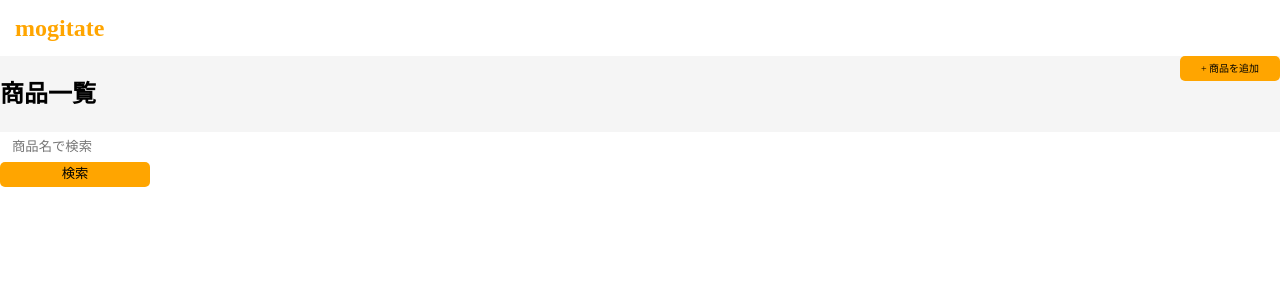
Repository: tokisiro/fruit-products
Page: http://localhost/products
These files come from the project's save history. The page is drawn as it stood at one moment and after the next save; the edit follows.
The browser window is 1280 px wide. The pictures show the whole page.
The page is served by the project's Laravel application, run on PHP 8.4 with Laravel 8. Queries for data that is not in the repository find no rows.

Above is the page before, as saved 2025-05-16 20:28:55.

After the next save:
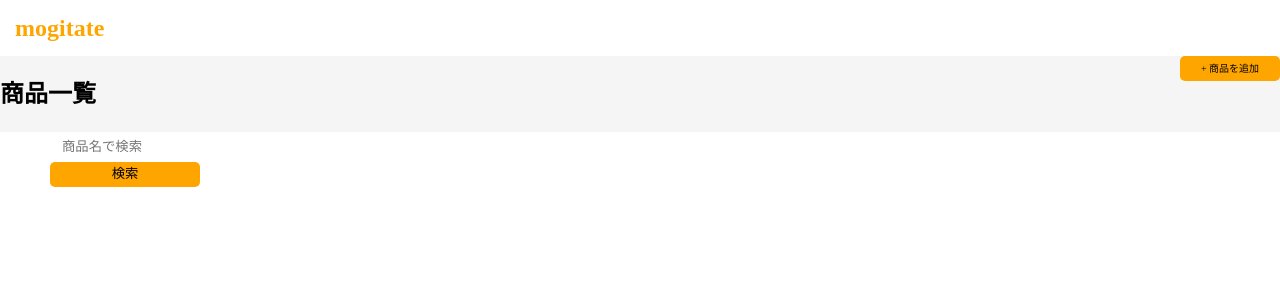
Saved 5 s later.
--- a/src/public/css/product.css
+++ b/src/public/css/product.css
@@ -43,7 +43,7 @@
 
 .product__content-search{
     position: absolute;
-    left: ;
+    left: 50px;
 }
 
 .product__content-search--form-text--item{

After the save that followed:
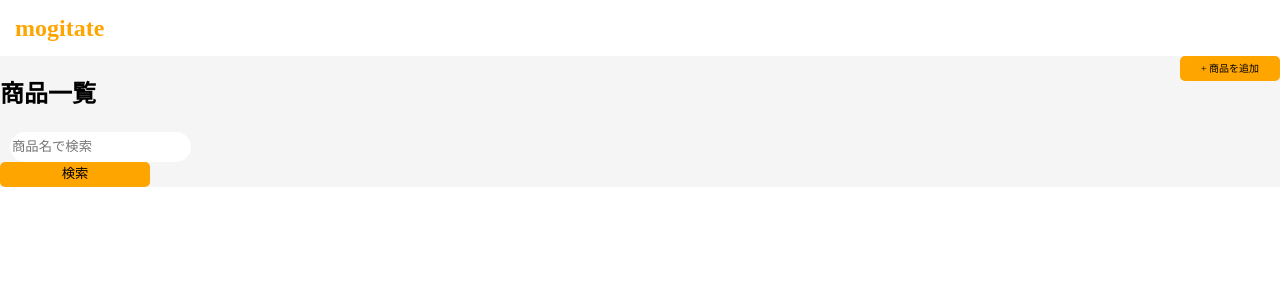
Saved 33 s later.
--- a/src/public/css/product.css
+++ b/src/public/css/product.css
@@ -42,8 +42,7 @@
 }
 
 .product__content-search{
-    position: absolute;
-    left: 50px;
+
 }
 
 .product__content-search--form-text--item{
